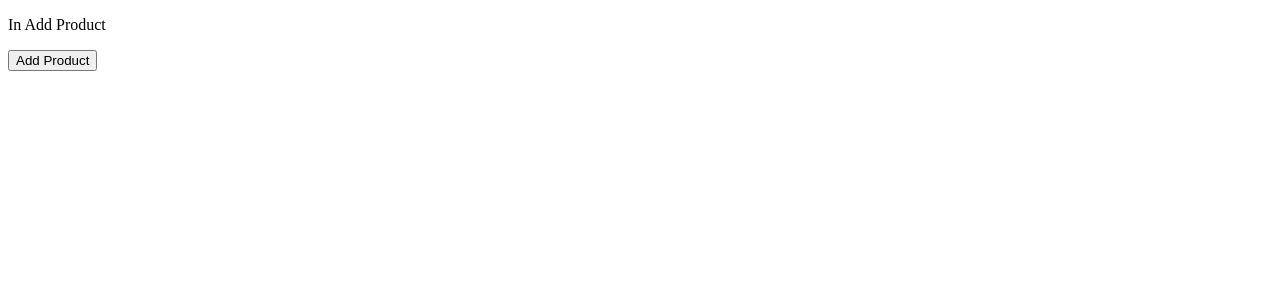
Repository: sravanreddy234/moreProject
Page: moreProject/WebContent/AddProduct.html
An editor plug-in stored every save of this project. The page is shown before and after the next save, followed by the edit.
The browser window is 1280 px wide. The pictures show the whole page.

Above is the page before, as saved 2017-07-23 10:38:55.
Console error: ReferenceError: $ is not defined

### moreProject/WebContent/AddProduct.html
<!DOCTYPE html>
<html>
<head>
<meta charset="ISO-8859-1">
<title>Admin Add Page</title>
</head>
<script>
    $(document).ready(function(){

        $('.table').DataTable({
            "lengthMenu": [[1,2,3,5,10, -1], [1,2,3,5,10, "All"]]
        });
    });
</script>
<body>
<form action="AddServlet" method="post">

<p>In Add Product</p>
<input type="submit" value="Add Product">
</form>

</body>
</html>

After the next save:
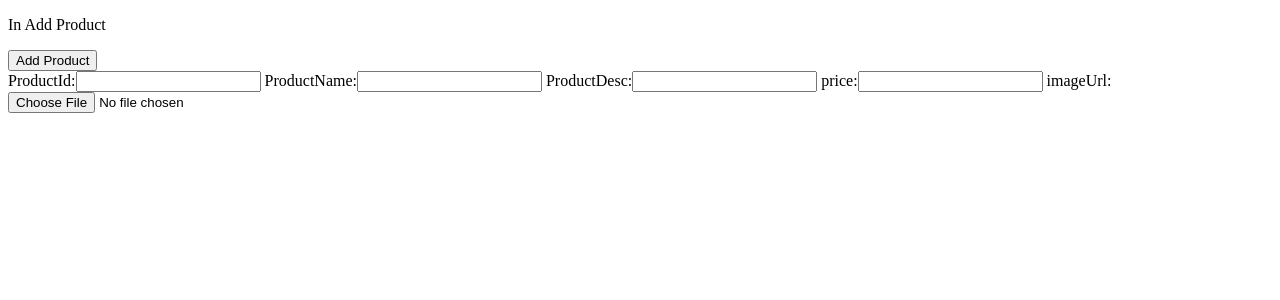
Saved 18 min 2 s later.
--- a/moreProject/WebContent/AddProduct.html
+++ b/moreProject/WebContent/AddProduct.html
@@ -19,5 +19,12 @@
 <input type="submit" value="Add Product">
 </form>
 
+	ProductId:<input type="text" name="ProductId">
+	ProductName:<input type="text" name="ProductName">
+	ProductDesc:<input type="text" name="ProductDesc">
+	price:<input typr="text" name="Price">
+	imageUrl:<input type="file" name="imageUrl" value="Choose File">
+
+
 </body>
 </html>
